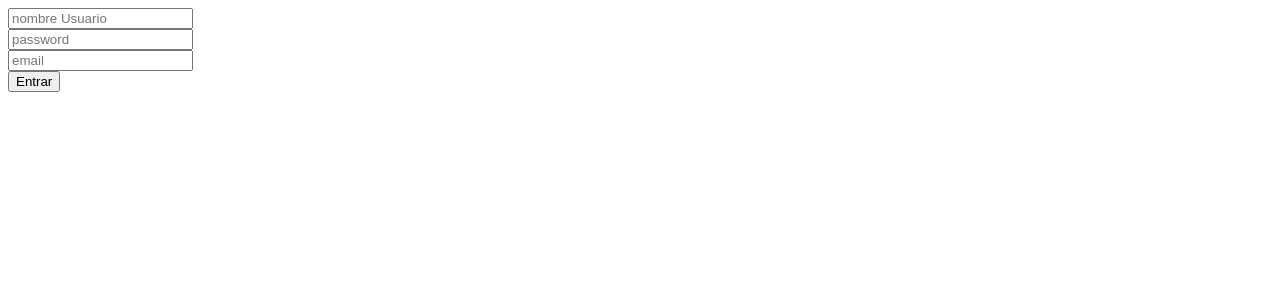
Repository: borjasegui/javaWeb
Page: http://localhost/HelloMVC/nuevousuario
The author's editor kept a copy of each file at every save. The page is drawn from the files as they stood at one save, then again after the next save.
The browser window is 1280 px wide. The pictures show the whole page.
The page is served by Tomcat 9.

Above is the page before, as saved 2018-11-15 09:01:23.

After the next save:
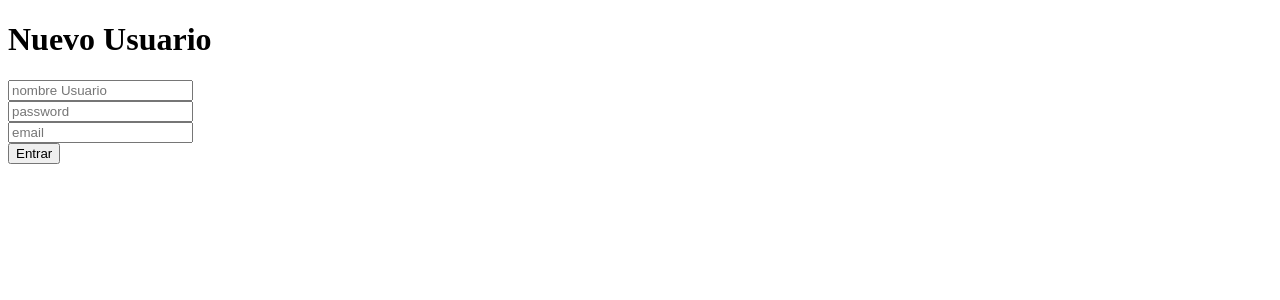
Saved 104 s later.
--- a/java-web/HelloMVC/WebContent/nuevousuario.jsp
+++ b/java-web/HelloMVC/WebContent/nuevousuario.jsp
@@ -7,13 +7,14 @@
 <title>Insert title here</title>
 </head>
 <body>
+	<h1>Nuevo Usuario</h1>
 
 	<form action="" method="POST">
-	<div>
+		<div>
 			<input type="text" placeholder="nombre Usuario" name="nombre"
 				id="nombre" required />
 		</div>
-	<div>
+		<div>
 			<input type="password" placeholder="password" name="password"
 				id="password" required />
 		</div>
